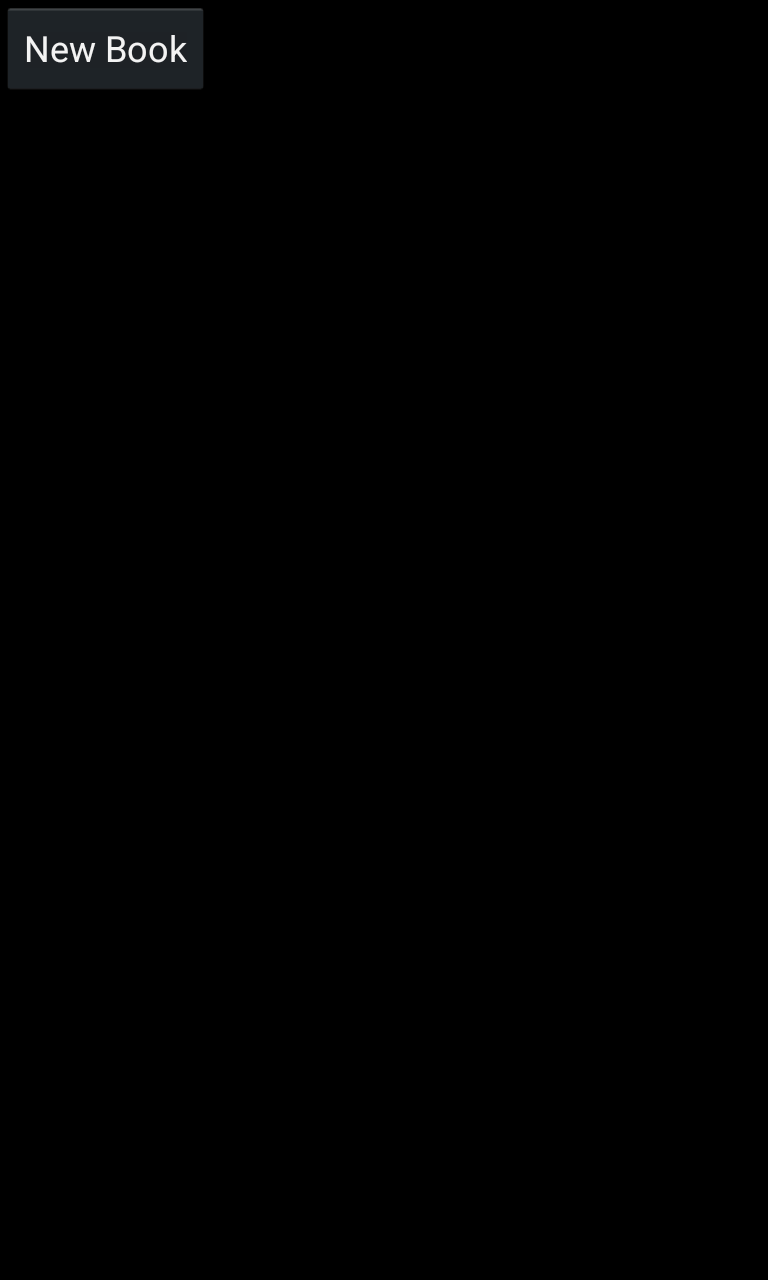
Repository: ringe/andra
Layout: Bookie/res/layout/list.xml
These files come from the project's save history. The layout is drawn as it stood at one moment and after the next save; the edit follows.
It is drawn on a 768 x 1280 px phone screen (xhdpi) without system bars, with theme android:Theme.Holo; the app's code is not run. Lists and similar views that code fills are empty.

Above is the layout before, as saved 2012-02-28 13:50:51.

### Bookie/res/layout/list.xml
<?xml version="1.0" encoding="utf-8"?>
<LinearLayout xmlns:android="http://schemas.android.com/apk/res/android"
    android:layout_width="fill_parent"
    android:layout_height="fill_parent"
    android:orientation="vertical" >

    <Button
        android:id="@+id/newbook"
        android:layout_width="wrap_content"
        android:layout_height="wrap_content"
        android:text="New Book" />

    <ListView
        android:id="@+id/booklist"
        android:layout_width="match_parent"
        android:layout_height="wrap_content" >
    </ListView>

</LinearLayout>

After the next save:
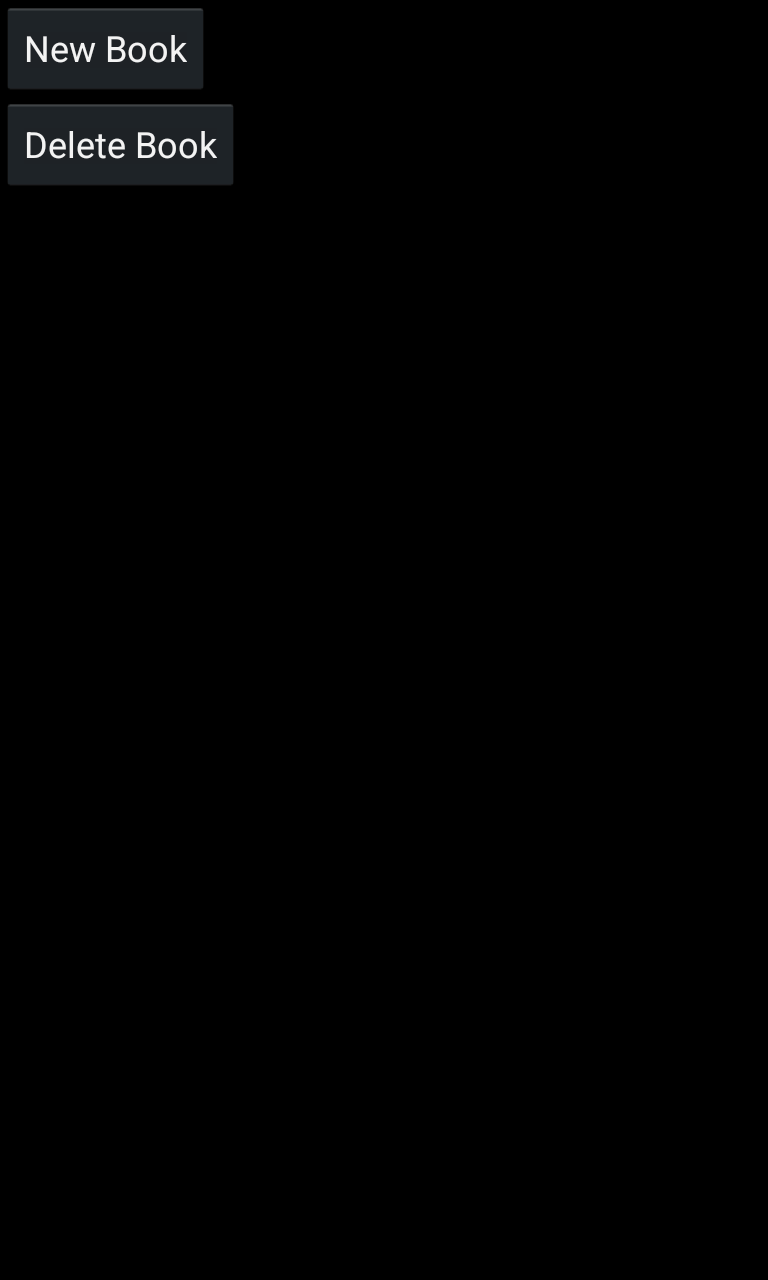
Saved 19 min 7 s later.
--- a/Bookie/res/layout/list.xml
+++ b/Bookie/res/layout/list.xml
@@ -10,6 +10,12 @@
         android:layout_height="wrap_content"
         android:text="New Book" />
 
+    <Button
+        android:id="@+id/deletebook"
+        android:layout_width="wrap_content"
+        android:layout_height="wrap_content"
+        android:text="Delete Book" />
+
     <ListView
         android:id="@+id/booklist"
         android:layout_width="match_parent"
